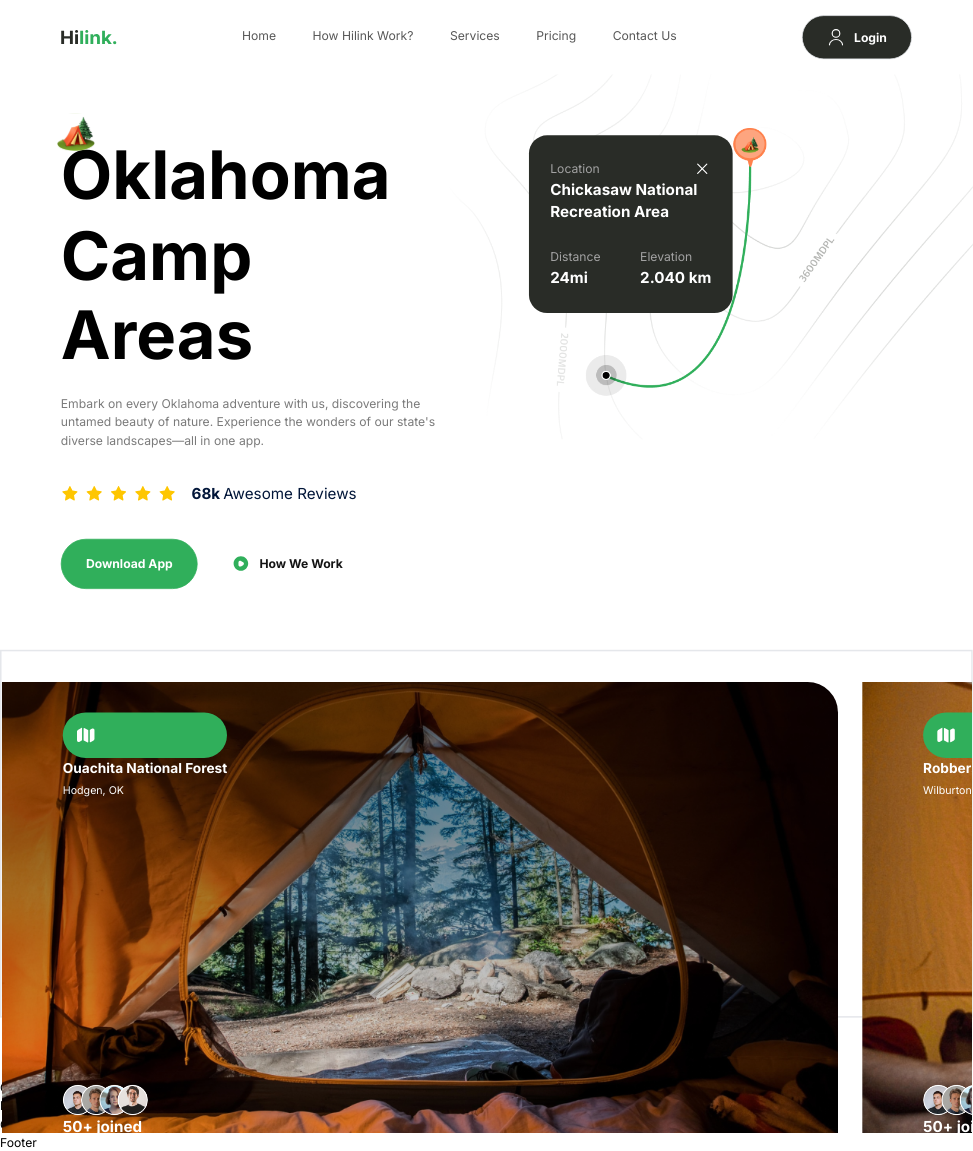
Repository: MikeeBuilds/camp
Page: /
These files come from the project's save history. The page is drawn as it stood at one moment and after a run of saves; the edit follows.
The browser window is 1280 px wide. The pictures show the whole page, at 76% of full size.
The project was rebuilt for these pictures with package versions that can differ from the ones it lists, and the page was loaded fresh each time. The framework's server and built-in components were replaced by stand-ins that run in the browser. Also part of the build but not shown: next.config.js.

Above is the page before, as saved 2023-11-24 22:20:37.

After the next 2 saves:
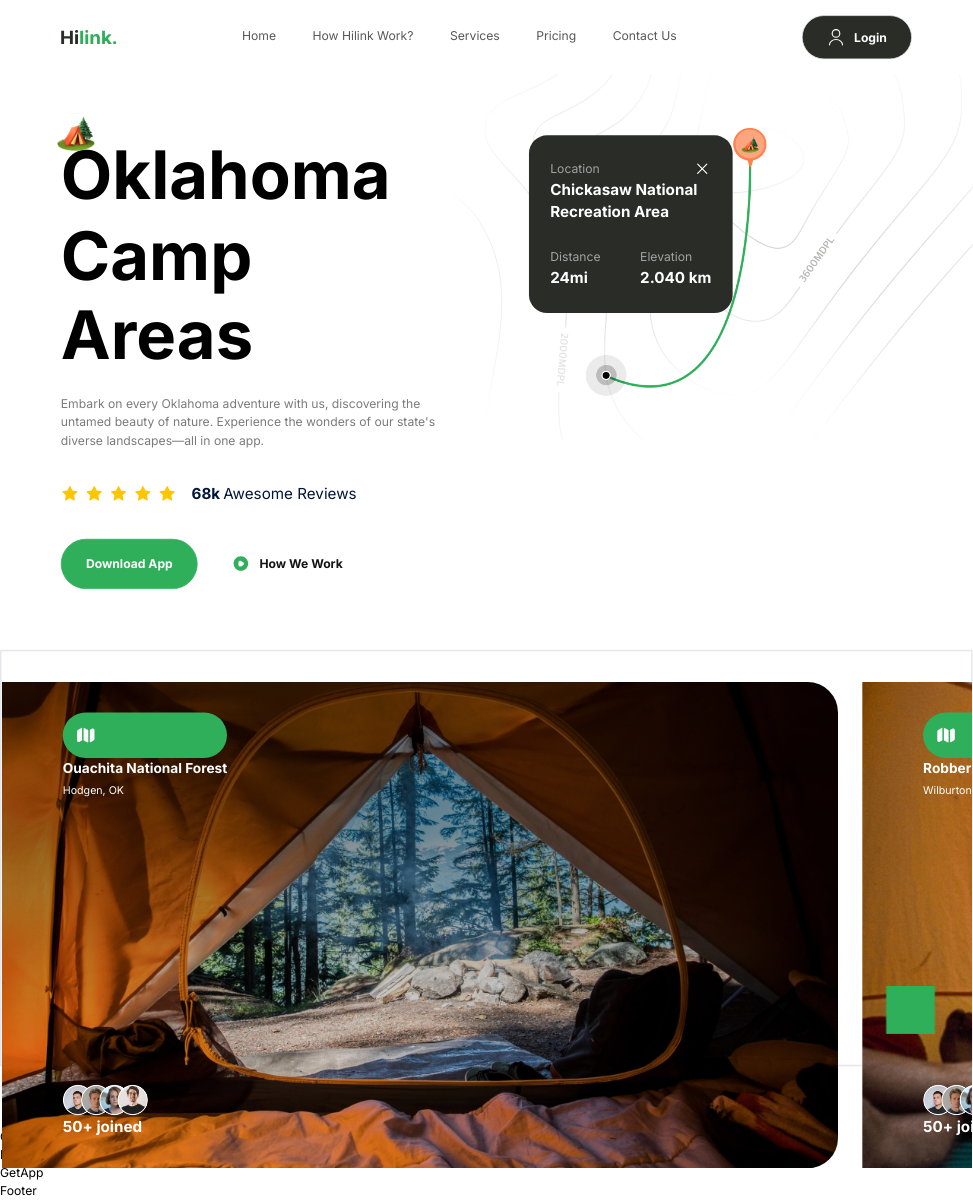
The 2 saves are shown as one change because they came seconds apart.
The last was saved 6 s later.
--- a/components/Camp.tsx
+++ b/components/Camp.tsx
@@ -73,7 +73,7 @@ const Camp = () => {
       </div>
 
       <div className="flexEnd mt-10 px-6 lg:-mt-60 lg:mr-6">
-        <div className="">
+        <div className="bg-green-50 p-8">
 
         </div>
       </div>
